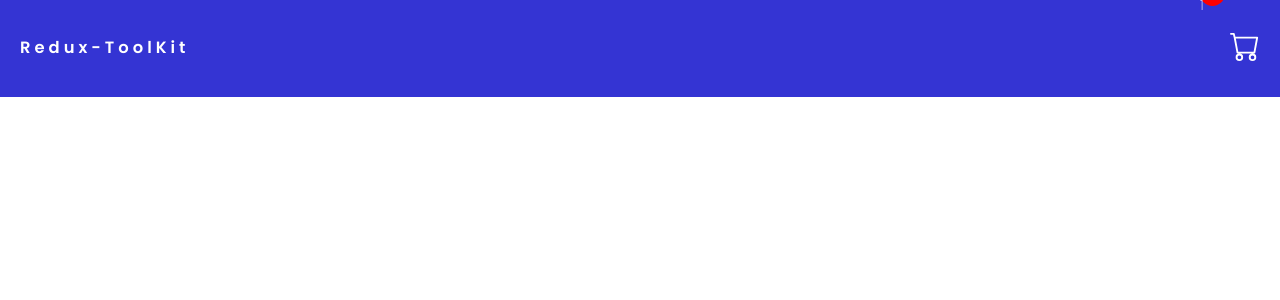
Repository: OmniaRafat232111121/shoppingCart
Page: /
An editor plug-in stored every save of this project. The page is shown before and after the next save, followed by the edit.
The browser window is 1280 px wide. The pictures show the whole page.
The project was rebuilt for these pictures with package versions that can differ from the ones it lists, and the page was loaded fresh each time. Also part of the build but not shown: src/App.css.

Above is the page before, as saved 2023-02-07 01:56:45.

### src/index.js
import React from 'react';
import ReactDOM from 'react-dom/client';
import './index.css';
import App from './App';
import { Provider } from 'react-redux';
import { store } from './store';
const root = ReactDOM.createRoot(document.getElementById('root'));
root.render(
  <React.StrictMode>
    <Provider store={store}>
      <App />
    </Provider>
  </React.StrictMode>
);

### src/index.css
@import url('https://fonts.googleapis.com/css2?family=Poppins:ital,wght@0,100;0,200;0,600;1,100;1,200;1,500;1,600&display=swap');
body {
  margin:0;
  padding:0;
  box-sizing: border-box;
  line-height: 1.5;
  font-size: 0.875rem;
  font-family: 'Poppins', sans-serif;
}
nav{
  background-color: rgb(52, 52, 211);
  padding:20px 20px;
}
.nav-center{
  display: flex;
  align-items: center;
  justify-content: space-between;
  width:100%;
  color:#fff;
  margin:0 auto;
}
.nav-center h3{
  letter-spacing: 4px;
}
.nav-center h3:hover{
  letter-spacing: 2px;
}
.nav-container{
  position: relative;
}
.amount-container{
  position: absolute;
  top:-50px;
  left:-30px;
  background-color: red;
  border-radius: 50%;

  width:25px;
  height:25px;
}

### src/App.js
import './App.css';
import Navbar from './Component/Navbar';

function App() {
  return (
    <div className="App">
  <Navbar/>
    </div>
  );
}

export default App;

### src/store.js
import { configureStore } from "@reduxjs/toolkit";
import cartReducer from './features/cart/cartSlice'
export const store = configureStore({
    reducer: {
        cart:cartReducer
    }
})

### src/Component/Navbar.js
import React from 'react'
import { useSelector } from 'react-redux';
import {BsCart} from 'react-icons/bs'
const Navbar = () => {
    const {amount}=useSelector((state)=>state.cart)
  return (
      <>
          <nav>
              <div className='nav-center'>
                  <h3>Redux-ToolKit</h3>
                  <div className='nav-container'>
                      <BsCart size={30}  />
                      <div className='amount-container'>
            <p className='total-amount'>1</p>
          </div>
                  </div>

              </div>
          </nav>
      </>
  )
}

export default Navbar

### src/features/cart/cartSlice.js
import { createSlice } from "@reduxjs/toolkit";
const initialState = {
    cartItems: [],
    amount: 0,
    total: 0,
    isLoading:true
}
  const cartSlice = createSlice({
    name: 'cart',
    initialState,
})
console.log(cartSlice)
export default cartSlice.reducer

Loaded but not shown: public/index.html (common file)

After the next save:
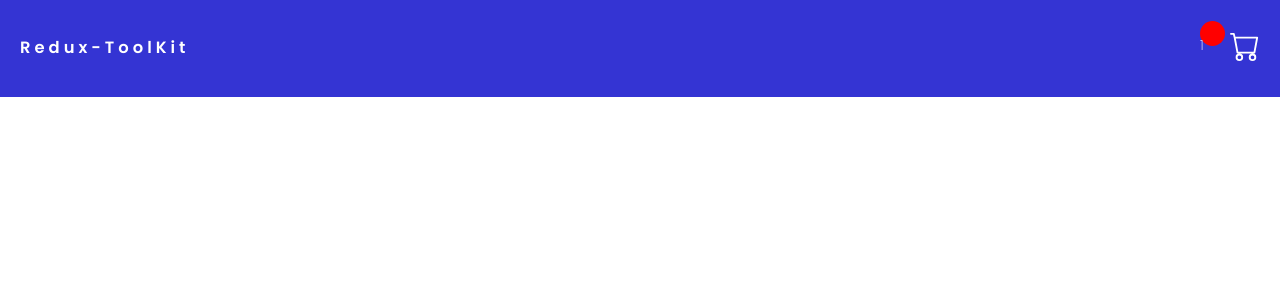
Saved 6 s later.
--- a/src/index.css
+++ b/src/index.css
@@ -30,7 +30,7 @@ nav{
 }
 .amount-container{
   position: absolute;
-  top:-50px;
+  top:-10px;
   left:-30px;
   background-color: red;
   border-radius: 50%;
